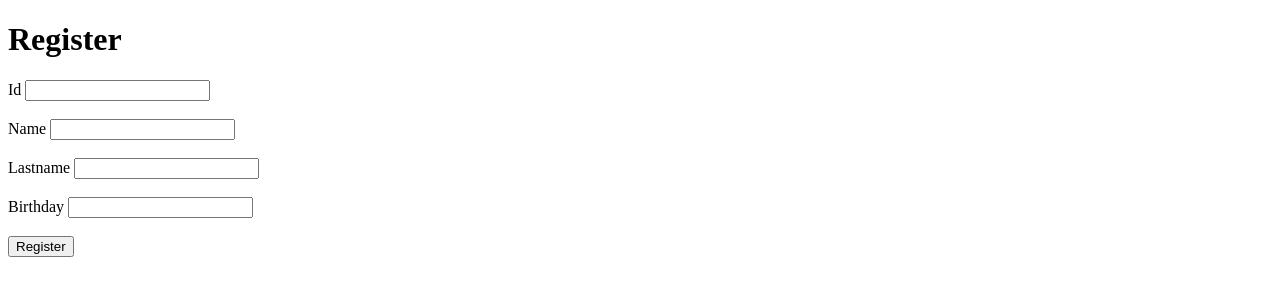
Repository: Danielcruz99/repo-aws-15
Page: register.html
These files come from the project's save history. The page is drawn as it stood at one moment and after the next save; the edit follows.
The browser window is 1280 px wide. The pictures show the whole page.

Above is the page before, as saved 2024-09-10 13:28:10.

### register.html
<!DOCTYPE html>
<html lang="en">
<head>
    <meta charset="UTF-8">
    <meta name="viewport" content="width=device-width, initial-scale=1.0">
    <link rel="stylesheet" href="">
    <title>Web App </title>
</head>
<body>
    <h1> Register </h1>
    <form>
        <label> Id </label> <input><br> <br>
        <label> Name</label> <input><br> <br>
        <label> Lastname</label> <input><br> <br>
        <label> Birthday </label> <input><br> <br>
        <button> Register </button>
    </form>
</body>
</html>

Loaded but not shown: styleRegister.css (common file)

After the next save:
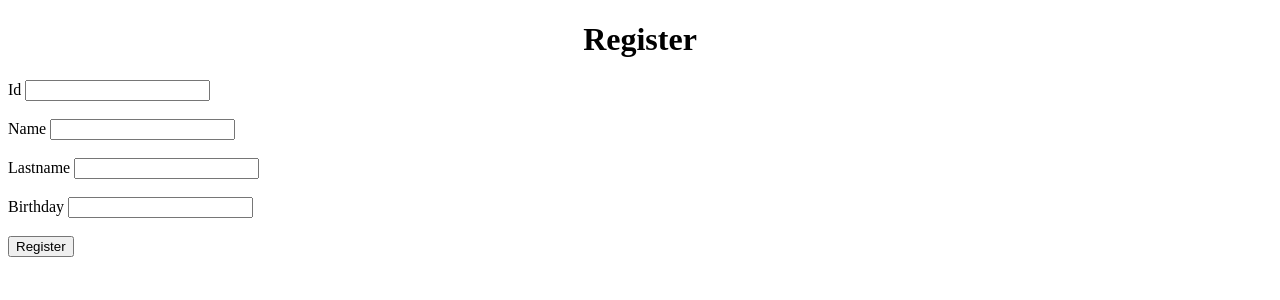
Saved 11 s later.
--- a/register.html
+++ b/register.html
@@ -3,7 +3,7 @@
 <head>
     <meta charset="UTF-8">
     <meta name="viewport" content="width=device-width, initial-scale=1.0">
-    <link rel="stylesheet" href="">
+    <link rel="stylesheet" href="styleRegister.css">
     <title>Web App </title>
 </head>
 <body>
